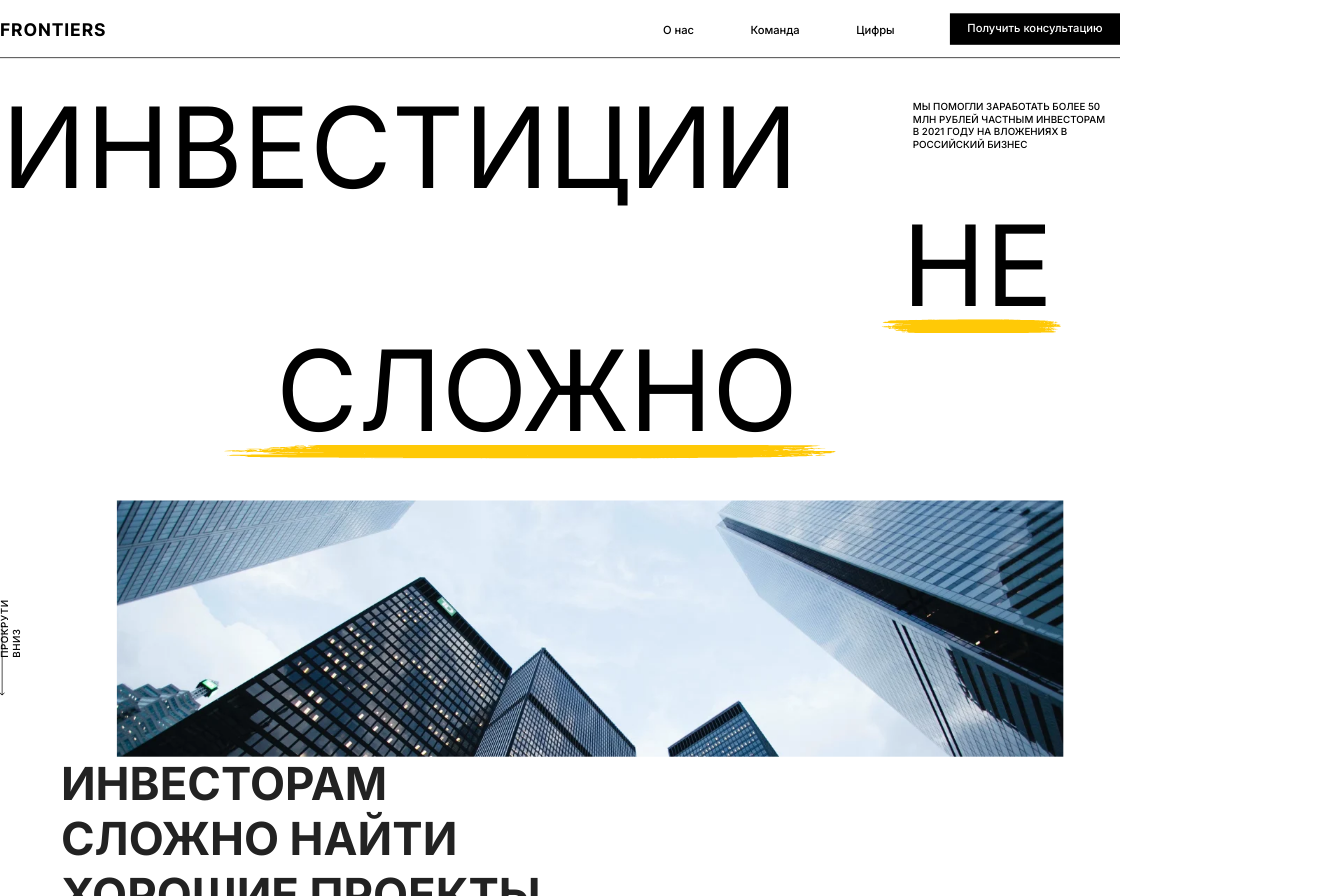
Repository: NadyaKorvin/frontiers
Page: /
The author's editor kept a copy of each file at every save. The page is drawn from the files as they stood at one save, then again after the next save.
The browser window is 1280 px wide. The page is 1920 px wide, so the pictures cover 1920 px, including what lies to the right of the window. The pictures show the part of the page from y = 0 to 1280 px (the page is 2633 px tall), at 70% of full size.
The project was rebuilt for these pictures with package versions that can differ from the ones it lists, and the page was loaded fresh each time.

Above is the page before, as saved 2022-05-26 17:57:46.

After the next save:
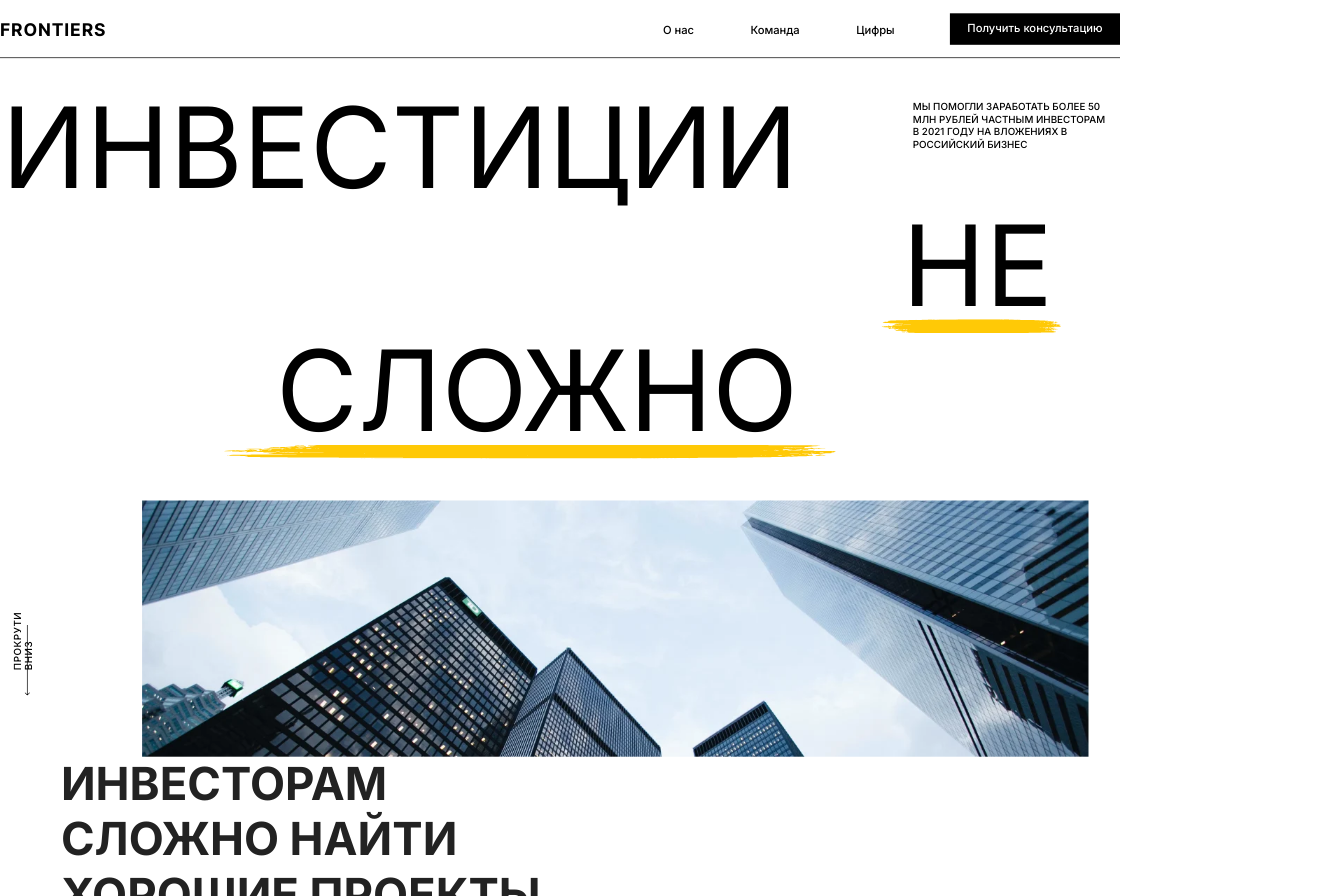
Saved 8 s later.
--- a/src/components/firstScreen/FirstScreen.css
+++ b/src/components/firstScreen/FirstScreen.css
@@ -166,8 +166,8 @@
 
 .firstscreen__content_bottom_content_right {
   padding-left: 160px;
-  min-width: 1352px;
-  max-height: 366px;
+  min-width: 600px;
+  min-height: 366px;
 }
 
 .firstscreen__img {
